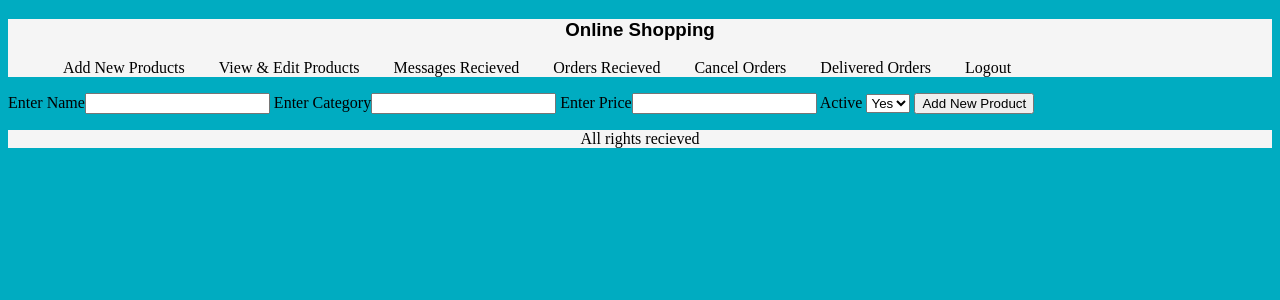
Repository: NidhiDaniel/E-Cart
Page: http://localhost/Online-Shopping-Cart/admin/addproduct.jsp
The author's editor kept a copy of each file at every save. The page is drawn from the files as they stood at one save, then again after the next save.
The browser window is 1280 px wide. The pictures show the whole page.
The page is served by Tomcat 9.

Above is the page before, as saved 2024-01-05 10:29:18.
Not found: Online-Shopping-Cart/Online-Shopping-Cart/admin/css/admin-product.css

After the next save:
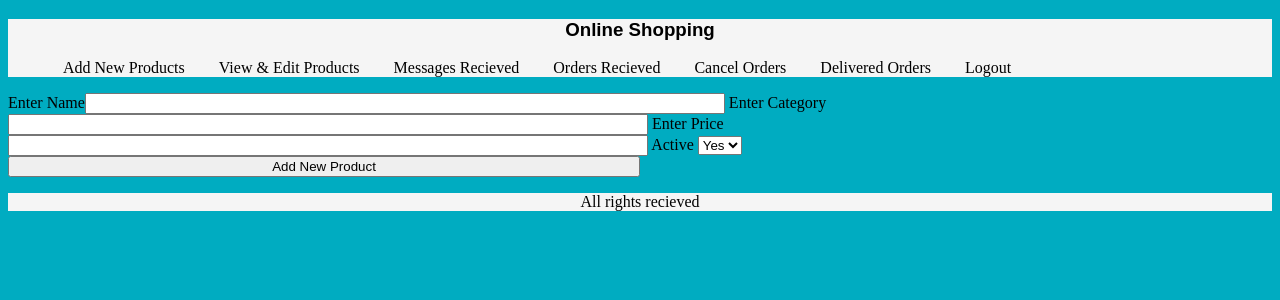
Saved 2 min 28 s later.
--- a/Online-Shopping-Cart/src/main/webapp/admin/addproduct.jsp
+++ b/Online-Shopping-Cart/src/main/webapp/admin/addproduct.jsp
@@ -6,7 +6,7 @@
 <head>
 <meta charset="ISO-8859-1">
 <title>Insert title here</title>
-<link rel="stylesheet" type="text/css" href="css/admin-product.css">
+<link rel="stylesheet" type="text/css" href="../css/admin-product.css">
 </head>
 <body>
 	<div class="product-container">
